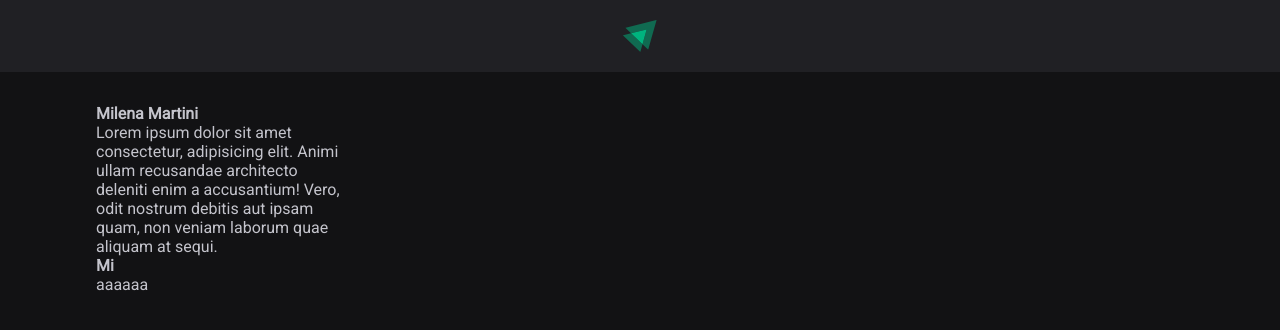
Repository: MilenaMartini/IgniteRckReactJs
Page: /
An editor plug-in stored every save of this project. The page is shown before and after a run of saves, followed by the edit.
The browser window is 1280 px wide. The pictures show the whole page.
The project was rebuilt for these pictures with package versions that can differ from the ones it lists, and the page was loaded fresh each time. Also part of the build but not shown: vite.config.js.

Above is the page before, as saved 2023-04-14 16:43:36.

### index.html
<!DOCTYPE html>
<html lang="en">
  <head>
    <meta charset="UTF-8" />
    <link rel="icon" type="image/svg+xml" href="/vite.svg" />
    <meta name="viewport" content="width=device-width, initial-scale=1.0" />
    <link rel="preconnect" href="https://fonts.googleapis.com">
<link rel="preconnect" href="https://fonts.gstatic.com" crossorigin>
<link href="https://fonts.googleapis.com/css2?family=Roboto:ital,wght@0,400;1,700&display=swap" rel="stylesheet">
    <title>Vite + React</title>
  </head>
  <body>
    <div id="root"></div>
    <script type="module" src="/src/main.jsx"></script>
  </body>
</html>

### src/App.jsx
//paginas e componentes
import { Post } from "./Post"
import {Header} from "./components/Header"

//estilos
import "./Global.css"
import styles from "./App.module.css"

function App() {

  return (
    <div>
    <Header  />

    <div className={styles.wrapper}>
      <aside></aside>
      <main>
          <Post
            author="Milena Martini"
            content="Lorem ipsum dolor sit amet consectetur, adipisicing elit. Animi ullam recusandae architecto deleniti enim a accusantium! Vero, odit nostrum debitis aut ipsam quam, non veniam laborum quae aliquam at sequi."
          />

          <Post
              author="Mi"
              content="aaaaaa"
          />
      </main>
    </div>
   </div>
  )
}
export default App

### src/Post.jsx
export function Post(props) {
  return (
  <div>
    <strong>{props.author}</strong>
    <p>{props.content}</p>
  </div>
    )
}

### src/components/Header.jsx
import React from "react";
import Style from './Header.module.css';
import igniteLogo from '../assets/ignite-logo.svg';

export function Header() {
  return(
  <header className={Style.header}>
    <img src={igniteLogo} alt="Logotipo"/>
  </header>

  );
}

### src/Global.css
:root {
  --white: #ffffff;
  --gray-100: #e1e1e6;
  --gray-300: #c4c4cc;
  --gray-400: #8d8d99;
  --gray-600: #323238;
  --gray-700: #29292e;
  --gray-800: #202024;
  --gray-900: #121214;

  --green-500: #00875f;

}

*{
  margin: 0;
  padding: 0;
  box-sizing: border-box;
}

body{
  background: var(--gray-900);
  color: var(--gray-300);
  -webkit-font-smoothing: antialised;
}

body, input, textarea, button {
  font-family: 'Roboto', sans-serif;
  font-weight: 400;
  font-size: 1rem;
}

### src/App.module.css
.wrapper {
  max-width: 70rem;
  margin: 2rem auto;
  padding: 0 1rem;

  display: grid;
  grid-template-columns: 256px;
}

### src/components/Header.module.css
.header{
    background: var(--gray-800);
    display: flex;
    justify-content: center;
    padding: 1.25rem 0;
}

.header img {
    height: 2rem;
}

Loaded but not shown: src/main.jsx (common file)

After the next 2 saves:
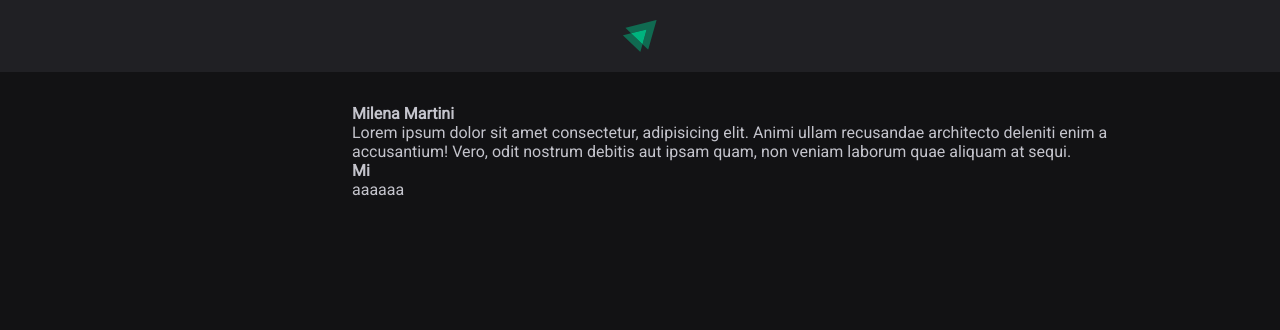
The 2 saves are shown as one change because they came seconds apart.
The last was saved 23 s later.
--- a/src/App.module.css
+++ b/src/App.module.css
@@ -4,5 +4,5 @@
   padding: 0 1rem;
 
   display: grid;
-  grid-template-columns: 256px;
+  grid-template-columns: 256px 1fr;
 }
